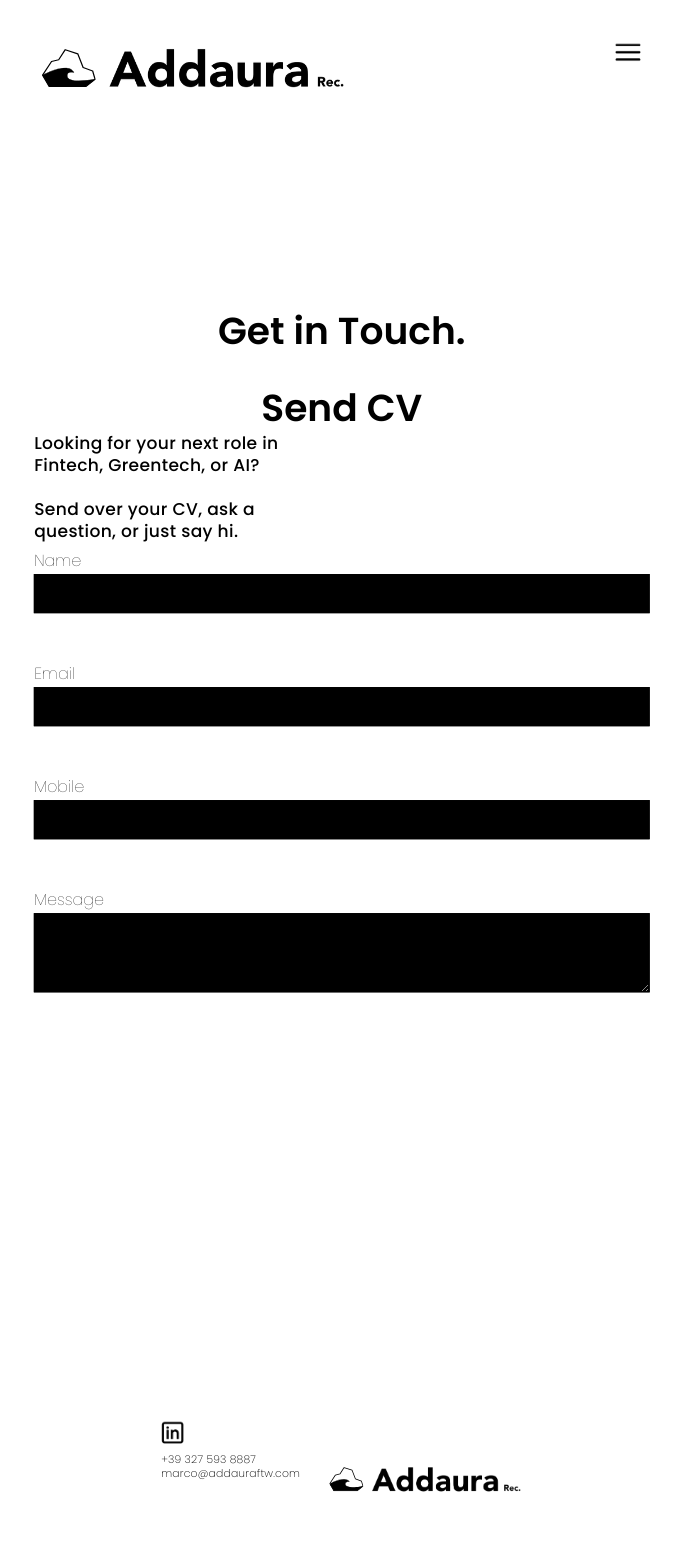
Repository: UnatPannu/Addaura-Trial
Page: public/send-cv.html
These files come from the project's save history. The page is drawn as it stood at one moment and after a run of saves; the edit follows.
The browser window is 768 px wide. The pictures show the whole page, at 89% of full size.

Above is the page before, as saved 2025-09-16 01:17:09.

### public/send-cv.html
<!DOCTYPE HTML>
<head>
    <meta charset="UTF-8">
        <meta name="viewport" content="width=device-width, initial-scale=1.0">
        <link rel="preconnect" href="https://fonts.googleapis.com">
        <link rel="preconnect" href="https://fonts.gstatic.com" crossorigin>
        <link href="https://fonts.googleapis.com/css2?family=Montserrat:ital,wght@0,100..900;1,100..900&family=Poppins:ital,wght@0,100;0,200;0,300;0,400;0,500;0,600;0,700;0,800;0,900;1,100;1,200;1,300;1,400;1,500;1,600;1,700;1,800;1,900&display=swap" rel="stylesheet">
        <link rel="stylesheet" href="styles/styles.css">
        <link rel="stylesheet" href="styles/send-cv.css">
        <title>Send CV - Addaura Rec</title>
        <link rel="icon" href="assets/Addaura-logo/rock.svg" media="(prefers-color-scheme: light)">
        <link rel="icon" href="assets/Addaura-logo/rock-dark.svg" media="(prefers-color-scheme: dark)">
</head>
<body>
        <header>
        <nav class="navbar light-navbar" role="navigation" aria-label="Main navigation">
                    <a href="index.html" class="mobile-logo">
            <img src="assets/Addaura-logo/logo-black.svg" alt="Addaura Logo" />
        </a>
                <button class="nav-toggle" aria-label="Toggle menu">
                    <span class="menu-icon"><img src="assets/Icons/nav-toggle.png"/></span>
                    <span class="close-icon"><img src="assets/Icons/nav-cross-white.png"/></span>
                </button>
            <div class="nav-menu">
                <ul class="nav-links">
                    <li><a href="index.html"><img src="assets/Addaura-logo/logo-black.svg" alt="Addaura Logo" id="nav-logo"/></a></li>
                    <li><a href="about-me.html">About Me</a></li>
                    <li><a href="services.html">Services</a></li>
                    <li><a href="clients.html">Clients</a></li>
                    <li><a href="contact.html">Contact</a></li>
                    <li><a href="#">Blog</a></li>
                    <li id="active"><a href="#" id="cv-button">Send CV</a></li>
                </ul>
            </div>
        </nav>
        </header>
        <div class="get-in-touch">
            <div class="cv-container">
            <div class="heading">
            <h1 id="touch-heading">Get in Touch.</h1>
            <h1 class="mobile-heading">Send CV</h1>
            <h6>Looking for your next role in Fintech, Greentech, or AI?<br/><br/>Send over your CV, ask a question, or just say hi.</h6>
            </div>
            <form id="cv-form">
                <label for="name">Name</label>
                <input type="text" id="name" required/><br/>
                <label for="email">Email</label>
                <input type="email" id="email" required/><br/>
                <label for="mobile">Mobile</label>
                <input type="tel" id="mobile"/><br/>
                <label for="message">Message</label>
                <textarea id="message"></textarea><br/>
                <button type="submit" class="wave-button">
        </div>
        </div>
        <footer>
            <div class="contact-info">
                                <div class="footer-logos">
                    <a href="http://linkedin.com/in/marco-mannino-053960225"><img src="assets/Footer/linkedin-icon.png" alt="Linkedin"/></a>
                </div>
                <p>+39 327 593 8887</p>
                <p>marco@addauraftw.com</p>
            </div>
            <img src="assets/Addaura-logo/logo-black.svg" alt="Addaura"/>
        </footer>
        <script src="scripts/script.js"></script>
    </body>
    </html>

### public/styles/send-cv.css
.cv-container{
  display:flex;
  width:75%;
  margin-inline:auto;
  justify-content:space-between;
  margin-top:10%;
  margin-bottom:10%;
}
.cv-container h6{
  font-size: clamp(0.80rem, 0.85vw, 0.9rem);
  font-weight:500;
  width:50%;
}
.cv-container .heading{
  width:80%;
}
.cv-container .heading h1{
  margin-left:0px;
  padding-left:0px;
}
#cv-form textarea{
  height:35%;
  width:100%;
}
#cv-form{
  font-weight:100;
}
#cv-form input{
  height: 30px;
  font-size:0.30em;
  color:white;
}
#cv-form label{
  font-size: clamp(0.75rem, 0.75vw, 1rem);
}
#cv-form input, #cv-form textarea{
  margin-bottom:10px;
  padding:3%;
  border:1px solid black;
  background-color:black;
  font-size: clamp(0.875rem, 1vw, 1rem);
  margin-bottom:7%;
  color:white;
}
#cv-form input::placeholder, #cv-form textarea::placeholder{
    color:white;
}
#cv-form input:focus, #cv-form textarea:focus, #cv-form input:not(:placeholder-shown) {
    width:100%;
    color:white;
    outline:none;
}
#cv-form input:focus::placeholder, #cv-form textarea:focus::placeholder{
    color:white;
}
#cv-form input:-webkit-autofill,
#cv-form input:-webkit-autofill:hover,
#cv-form input:-webkit-autofill:focus,
#cv-form textarea:-webkit-autofill,
#cv-form textarea:-webkit-autofill:hover,
#cv-form textarea:-webkit-autofill:focus {
  -webkit-box-shadow: 0 0 0px 1000px black inset !important; /* Force black background */
  -webkit-text-fill-color: white !important; /* Force white text */
  background-color: black !important; /* Fallback */
  border: 1px solid black !important;
  transition: background-color 9999s ease-in-out 0s !important; /* Prevent flash */
}
/*Mobile Only*/
@media(max-width:768px){


  .mobile-heading{
      display:block;
      text-align: center;
    }
  .cv-container{
    flex-direction:column;
    width:90%;
    margin-top:20%;
  }

}

Loaded but not shown: public/scripts/script.js (113 lines, source omitted); public/styles/styles.css (1166 lines, source omitted)

After the next 2 saves:
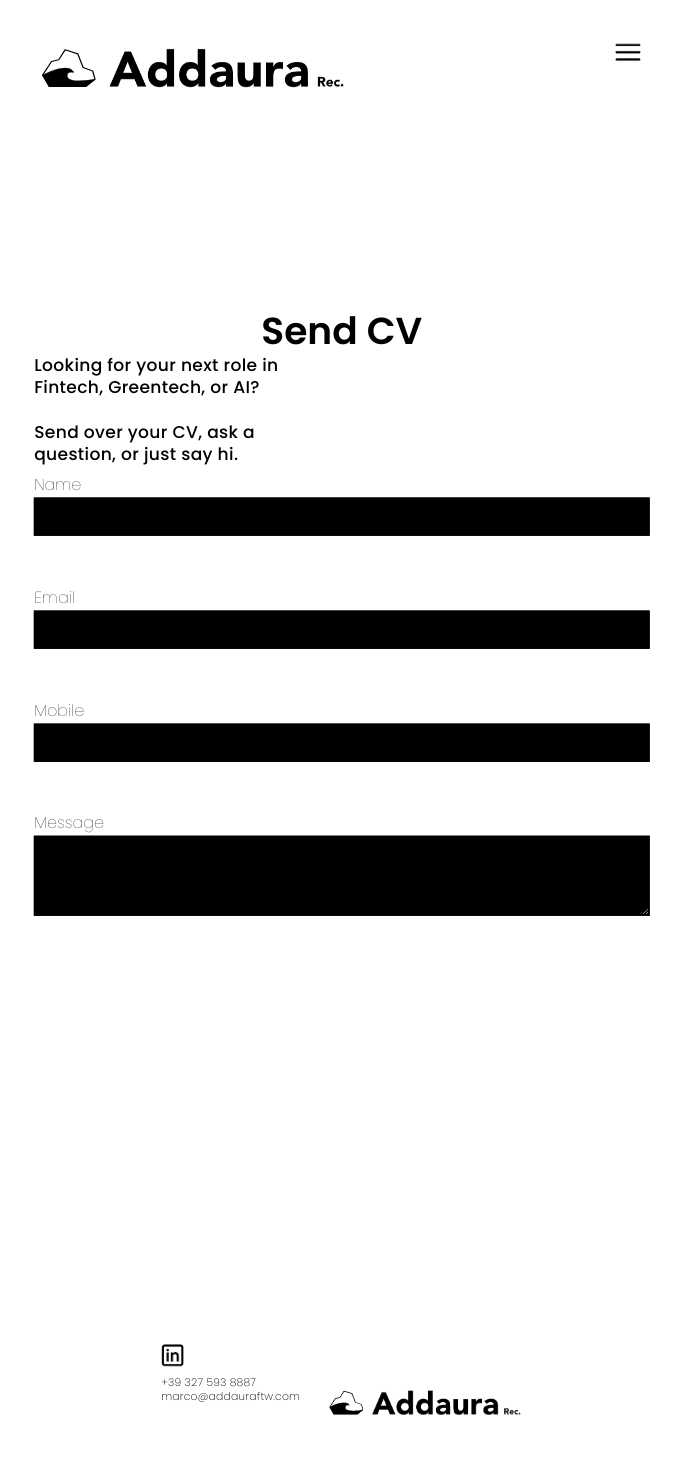
The 2 saves are shown as one change because they came seconds apart.
The last was saved 14 s later.
--- a/public/styles/send-cv.css
+++ b/public/styles/send-cv.css
@@ -78,5 +78,7 @@
     width:90%;
     margin-top:20%;
   }
-
+  #touch-heading{
+    display:none;
+  }
 }
